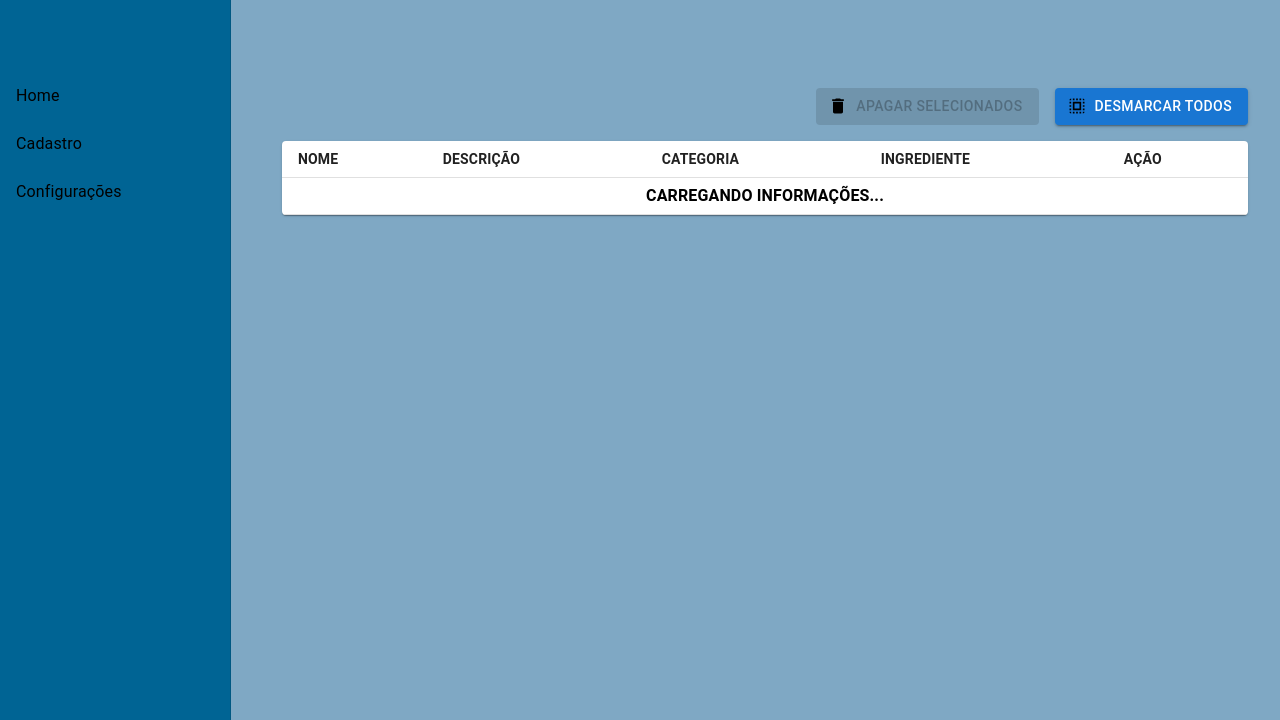
Repository: oZanella/projeto_windel_web_CRM
Page: /
The author's editor kept a copy of each file at every save. The page is drawn from the files as they stood at one save, then again after the next save.
The browser window is 1280 px wide. The pictures show the whole page.
The page's requests for data from a server got no answer. The project was rebuilt for these pictures with package versions that can differ from the ones it lists, and the page was loaded fresh each time. No one was signed in, and anything a server would have sent is missing. Also part of the build but not shown: vite.config.js, src/routes/Configuracoes.jsx. Imported but missing from the stored project, and not drawn on this page: src/routes/Cadastro.jsx.

Above is the page before, as saved 2024-08-19 08:48:17.

### index.html
<!doctype html>
<html lang="en">

<head>
  <meta charset="UTF-8" />
  <link rel="icon" type="image/svg+xml" href="./src/image/LogoWindel.svg" />
  <link rel="stylesheet" href="src/style/GlobalStyles.css" />
  <link href="https://fonts.googleapis.com/css2?family=Playfair+Display&display=swap" rel="stylesheet">

  <meta name="viewport" content="width=device-width, initial-scale=1.0" />
  <title>Projeto Teste - CRM </title>
</head>

<body>
  <div id="root"></div>
  <script type="module" src="/src/main.jsx"></script>
</body>

</html>

### src/style/GlobalStyles.css
:root {
  --click: #7fa8c4;
  --primary: #E8F1F2;
  --darkblue: #13293D;
  --secondary: #000000;
  --ligthblue: #1b98e0;
  --animation: #006494;
  --ligthkgrey: #D3D3D3;
  --blueceledron: #247ba0;
  --delete: #FF0000;
}

* {
    color: var(--secondary);
}

body {
  background-color: var(--click);
}

### src/main.jsx
import { createBrowserRouter, RouterProvider, Navigate } from "react-router-dom"
import { createRoot } from 'react-dom/client'
import { StrictMode } from 'react'
import { App } from './App.jsx'

import './style/GlobalStyles.css'

//páginas do projeto
import { Cadastro } from './routes/Cadastro.jsx'
import { Home } from './routes/Home.jsx'
import { Configuracoes } from './routes/configuracoes.jsx'

const router = createBrowserRouter([
  {
    element: <App />,
    children: [
      {
        path: '/',
        element: <Navigate to="/home" replace />,
      },
      {
        path: '/home',
        element: <Home />,
      },
      {
        path: '/cadastro',
        element: <Cadastro />,
      },
      {
        path: '/configuracoes',
        element: <Configuracoes />,
      },
    ],
  },
])

createRoot(document.getElementById('root')).render(
  <StrictMode>
    <RouterProvider router={router} />
  </StrictMode>,
)

### src/App.jsx
import { Header } from './components/Header'
import { Outlet } from 'react-router-dom'
import { Box } from '@mui/material'
import './style/GlobalStyles.css'

export function App() {
  return (
    <Box sx={{ p: { xs: 2, sm: 3 }, marginTop: { xs: 8, sm: 8 } }}>
      <Header />
      <Box>
        <Outlet />
      </Box>
    </Box>
  );
}

### src/routes/Home.jsx
import React, { useEffect, useState } from 'react';
import { Box, TextField, Button, Dialog, DialogActions, DialogContent, DialogTitle, Select, MenuItem, FormControl, InputLabel } from '@mui/material';

import { handleShowDetails, handleEdit, handleSave, handleInputChange } from '../components/Handle';
import { CardDados } from '../components/TableHome';

import { blogFetch } from '../axios/config';


export const Home = () => {
  const [posts, setPosts] = useState([]);
  const [selectInfo, setSelectInfo] = useState(null);
  const [modeEdit, setModeEdit] = useState(null);
  const [dataEdit, setDataEdit] = useState({});
  const [openAddDialog, setOpenAddDialog] = useState(false);
  const [newPost, setNewPost] = useState({ name: '', description: '', category: '' });

  const getPosts = async () => {
    try {
      const response = await blogFetch.get("/recipe");
      const uniqueData = response.data.filter((value, index, self) =>
        index === self.findIndex((t) => t.id === value.id)
      );
      setPosts(uniqueData); // Garante que não tenha dados duplicados
    } catch (error) {
      console.log(error);
    }
  };

  useEffect(() => {
    getPosts();
  }, []);

  const handleDelete = async (postId) => {
    try {
      await blogFetch.delete(`/recipe/${postId}`);
      setPosts(posts.filter(post => post.id !== postId));
      console.log('Post deletado com sucesso');
    } catch (error) {
      console.error('Erro ao deletar o post', error);
    }
  };

  const handleAddOpen = () => setOpenAddDialog(true);
  const handleAddClose = () => setOpenAddDialog(false);

  {/* API para envio do novo registro*/ }
  const handleAdd = async () => {
    try {
      const newPostFormatted = {
        name: newPost.name,
        description: newPost.description,
        ingredients: [],
        category: newPost.category,
        isFavorite: newPost.isFavorite
      };

      const response = await blogFetch.post("/recipe", newPostFormatted);
      setPosts([...posts, response.data]);
      setNewPost({ name: '', description: '', category: '', isFavorite: false });
      handleAddClose();
      console.log('Post adicionado com sucesso');
    } catch (error) {
      console.error('Erro ao adicionar o post', error);
    }
  };

  return (
    <Box>
      {/* Dados para Adicionar Novo Registro */}
      <Dialog open={openAddDialog} onClose={handleAddClose}>
        <DialogTitle>Adicionar Novo Registro</DialogTitle>
        <DialogContent>
          <TextField
            name="name"
            label="Nome"
            value={newPost.name}
            onChange={(e) => setNewPost({ ...newPost, name: e.target.value })}
            fullWidth
            sx={{ marginBottom: 2 }}
          />
          <TextField
            name="description"
            label="Descrição"
            value={newPost.description}
            onChange={(e) => setNewPost({ ...newPost, description: e.target.value })}
            fullWidth
            sx={{ marginBottom: 2 }}
          />
          <TextField
            name="category"
            label="Categoria"
            value={newPost.category}
            onChange={(e) => setNewPost({ ...newPost, category: e.target.value })}
            fullWidth
            sx={{ marginBottom: 2 }}
          />
          <FormControl fullWidth sx={{ marginBottom: 2 }}>
            <InputLabel>Favorito</InputLabel>
            <Select
              name="isFavorite"
              value={newPost.isFavorite}
              onChange={(e) => setNewPost({ ...newPost, isFavorite: e.target.value })}
              label="Favorito"
            >
              <MenuItem value={true}>Sim</MenuItem>
              <MenuItem value={false}>Não</MenuItem>

            </Select>
          </FormControl>
        </DialogContent>
        <DialogActions>
          <Button onClick={handleAddClose}>Cancelar</Button>
          <Button onClick={handleAdd}>Adicionar</Button>
        </DialogActions>
      </Dialog>

      <CardDados
        posts={posts}
        handleDelete={handleDelete}
        handleEdit={handleEdit}
        handleSave={handleSave}
        modeEdit={modeEdit}
        setModeEdit={setModeEdit}
        dataEdit={dataEdit}
        setDataEdit={setDataEdit}
        handleInputChange={handleInputChange}
        selectInfo={selectInfo}
        setSelectInfo={setSelectInfo}
        handleShowDetails={handleShowDetails}
      />
    </Box>
  );
};

### src/components/Header.jsx
import { AppBar, Toolbar, Typography, Box, Button, IconButton, Drawer, List, ListItem, ListItemText } from '@mui/material';
import MenuIcon from '@mui/icons-material/Menu';
import Logo from '../image/LogoWindel.svg';
import { Link } from 'react-router-dom';
import React, { useState } from 'react';

export const Header = () => {
  const [isDrawerOpen, setIsDrawerOpen] = useState(false);

  const toggleDrawer = (open) => () => {
    setIsDrawerOpen(open);
  };

  const menuItems = [
    { text: 'Home', link: '/home' },
    { text: 'Cadastro', link: '/cadastro' },
    { text: 'Configurações', link: '/configuracoes' },
  ];

  return (
    <>

      <AppBar
        position="fixed"
        sx={{
          display: { xs: 'flex', sm: 'none' },
          width: '100%',
          boxShadow: '0px 0.01px 11px var(--secondary)',
          top: 0,
          left: 0,
          backgroundColor: 'var(--darkblue)',
        }}
      >
        <Toolbar
          sx={{
            display: 'flex',
            justifyContent: 'space-between',
          }}
        >
          <IconButton
            edge="start"
            color="inherit"
            aria-label="menu"
            onClick={toggleDrawer(true)}
          >
            <MenuIcon />

          </IconButton>
          <Typography variant="h6" sx={{ flexGrow: 1 }}>
            Cooking Cake
          </Typography>

          <IconButton
            to={`/home`}
            sx={{
              cursor: 'default',
            }}
            component={Link}
            aria-label="logo"
          >
            <img src={Logo} alt="Logo" style={{ width: '50px', height: '40px' }} />
          </IconButton>
        </Toolbar>
      </AppBar>


      <Drawer
        anchor="left"
        open={isDrawerOpen}
        onClose={toggleDrawer(false)}
        sx={{
          display: { xs: 'block', sm: 'none' },
          '& .MuiDrawer-paper': {
            width: 240,
            backgroundColor: 'var(--darkblue)',
          },
        }}
      >
        <List>
          {menuItems.map((item) => (
            <ListItem key={item.text} component={Link} to={item.link} onClick={toggleDrawer(false)}>
              <ListItemText primary={item.text} />
            </ListItem>
          ))}
        </List>
      </Drawer>


      <Drawer
        variant="permanent"
        sx={{
          display: { xs: 'none', sm: 'block' },
          '& .MuiDrawer-paper': {
            width: 230,
            backgroundColor: 'var(--animation)',
          },
        }}
        open
      >
        <Toolbar />
        <Box sx={{ overflow: 'auto' }}>
          <List>
            {menuItems.map((item) => (
              <ListItem key={item.text} component={Link} to={item.link}>
                <ListItemText primary={item.text} />
              </ListItem>
            ))}
          </List>
        </Box>
      </Drawer>

      {/* Area do main */}
      <Box
        component="main"
        sx={{

                }}
      >

      </Box>
    </>
  );
};

### src/components/Handle.jsx

import { blogFetch } from '../axios/config';


export const handleShowDetails = (post, setSelectInfo, selectInfo) => {
  if (selectInfo?.id === post.id) {
    setSelectInfo(null); // Fecha se já estiver aberto
  } else {
    setSelectInfo(post); // Abre o post atual
  }
};

export const handleEdit = (post, setModeEdit, setDataEdit) => {
  setModeEdit(post.id);
  setDataEdit(post);
};

//continua com erro, verificar!!
export const handleSave = async (postId, updateData) => {
  try {
    // Envie uma requisição PUT ou POST para salvar os dados atualizados
    const response = await blogFetch.put(`/blogFetch/posts/${postId}`, updateData);
    console.log('Dados salvos com sucesso', response.data);

  } catch (error) {
    console.error('Erro de API', error);
  }
};

export const handleInputChange = (e, setDataEdit) => {
  setDataEdit(prevDataEdit => ({ ...prevDataEdit, [e.target.name]: e.target.value }));
};

### src/components/TableHome.jsx
import React, { useState, useEffect } from 'react';
import {
  Table, TableBody, TableCell, TableContainer, TableHead, TableRow, Typography, Box, Button, IconButton, TextField, Dialog, DialogContent, DialogActions, FormControlLabel, Switch, Chip, Paper, Checkbox
} from '@mui/material';
import EditIcon from '@mui/icons-material/Edit';
import SaveIcon from '@mui/icons-material/Save';
import AddIcon from '@mui/icons-material/Add';
import CloseIcon from '@mui/icons-material/Close';
import DeleteIcon from '@mui/icons-material/Delete';
import SelectAllIcon from '@mui/icons-material/SelectAll';
import axios from 'axios';

const API_BASE_URL = 'https://teste-tecnico-front-api.up.railway.app';

export const CardDados = ({
  posts, setPosts, handleDelete
}) => {
  const [openModal, setOpenModal] = useState(false);
  const [currentPost, setCurrentPost] = useState(null);
  const [dataEdit, setDataEdit] = useState({});
  const [newIngredient, setNewIngredient] = useState('');
  const [selectedPosts, setSelectedPosts] = useState([]);

  useEffect(() => {
    if (currentPost) {
      setDataEdit({ ...currentPost });
    }
  }, [currentPost]);

  const handleEditOpen = (post) => {
    setCurrentPost(post);
    setOpenModal(true);
  };

  const handleEditClose = () => {
    setOpenModal(false);
    setCurrentPost(null);
    setNewIngredient('');
  };

  const handleSaveModal = async () => {
    if (currentPost) {
      try {
        await axios.put(`${API_BASE_URL}/posts/${currentPost.id}`, dataEdit);
        const response = await axios.get(`${API_BASE_URL}/posts`);
        setPosts(response.data);
        handleEditClose();
      } catch (error) {
        console.error('Error ao salvar:', error);
      }
    }
  };

  const handleAddIngredient = () => {
    if (newIngredient.trim() !== '') {
      setDataEdit((prevData) => ({
        ...prevData,
        ingredients: [...(prevData.ingredients || []), newIngredient.trim()],
      }));
      setNewIngredient('');
    }
  };

  const handleRemoveIngredient = (ingredientToRemove) => {
    setDataEdit((prevData) => ({
      ...prevData,
      ingredients: (prevData.ingredients || []).filter((ingredient) => ingredient !== ingredientToRemove),
    }));
  };

  const handleSelectAll = () => {
    if (selectedPosts.length === posts.length) {
      setSelectedPosts([]);
    } else {
      setSelectedPosts(posts.map(post => post.id));
    }
  };

  const handleDeleteSelected = async () => {
    try {
      await Promise.all(selectedPosts.map(id => axios.delete(`${API_BASE_URL}/posts/${id}`)));
      const response = await axios.get(`${API_BASE_URL}/posts`);
      setPosts(response.data);
      setSelectedPosts([]);
    } catch (error) {
      console.error('Error ao apagar os registros:', error);
    }
  };

  const handleSelectPost = (id) => {
    setSelectedPosts(prevSelected =>
      prevSelected.includes(id)
        ? prevSelected.filter(postId => postId !== id)
        : [...prevSelected, id]
    );
  };

  return (
    <>
      <Box sx={{ display: 'flex', justifyContent: 'flex-end', mb: 2 }}>
        <Button
          variant="contained"
          color="error"
          startIcon={<DeleteIcon />}
          onClick={handleDeleteSelected}
          disabled={selectedPosts.length === 0}
          sx={{ marginRight: 2 }}
        >
          Apagar Selecionados
        </Button>
        <Button
          variant="contained"
          color="primary"
          startIcon={<SelectAllIcon />}
          onClick={handleSelectAll}
        >
          {selectedPosts.length === posts.length ? 'Desmarcar Todos' : 'Selecionar Todos'}
        </Button>
      </Box>

      {/* Tabela aonde aparece os dados
      Dentro do TableContainer tem um calculo que é feito por conta do menu lateral*/}
      <TableContainer component={Paper} sx={{ overflowX: 'auto', width: { xs: '100%', sm: 'calc(100% - 250px)' }, ml: { sm: '250px' } }}>
        <Table size='small'>
          <TableHead>
            <TableRow>
              <TableCell sx={{ fontWeight: 'bold', textTransform: 'uppercase' }}>Nome</TableCell>
              <TableCell sx={{ fontWeight: 'bold', textTransform: 'uppercase' }}>Descrição</TableCell>
              <TableCell sx={{ fontWeight: 'bold', textTransform: 'uppercase' }}>Categoria</TableCell>
              <TableCell sx={{ fontWeight: 'bold', textTransform: 'uppercase' }}>Ingrediente</TableCell>
              <TableCell sx={{ fontWeight: 'bold', textTransform: 'uppercase' }}>Ação</TableCell>
            </TableRow>
          </TableHead>
          <TableBody>
            {posts.length === 0 ? (
              <TableRow>
                <TableCell colSpan={5} align="center">
                  <Typography variant="body1" sx={{ fontWeight: 'bold', textTransform: 'uppercase' }}>Carregando informações...</Typography>
                </TableCell>
              </TableRow>
            ) : (
              posts.map((post) => (
                <TableRow sx={{ height: 'auto' }} key={post.id}>
                  <TableCell sx={{ padding: '8px' }}>
                    {post.name}
                  </TableCell>
                  <TableCell sx={{ padding: '8px' }}>{post.description}</TableCell>
                  <TableCell sx={{ padding: '8px' }}>{post.category}</TableCell>

                  <TableCell sx={{ padding: '8px' }}>
                    <Box sx={{
                      display: 'flex',
                      flexWrap: 'wrap',
                      overflowX: 'auto',
                      gap: 1,
                      width: '100%',
                    }}>
                      {post.ingredients && post.ingredients.length > 0 ? (
                        post.ingredients.map((ingredient) => (
                          <Box
                            key={ingredient.id}
                            sx={{
                              display: 'flex',
                              flexDirection: 'column',
                              alignItems: 'flex-start',
                              marginRight: 1,
                              marginBottom: 1,
                            }}
                          >
                            <Typography variant="body1">{ingredient.name}</Typography>
                            <Typography variant="body2" color="textSecondary">
                              Quantidade: {ingredient.quantity}
                            </Typography>
                          </Box>
                        ))
                      ) : (
                        <Typography variant="body2">Nenhum ingrediente disponível</Typography>
                      )}
                    </Box>
                  </TableCell>

                  <TableCell>
                    <Box sx={{ display: 'flex', alignItems: 'center' }}>
                      <Checkbox
                        checked={selectedPosts.includes(post.id)}
                        onChange={() => handleSelectPost(post.id)}
                        color="primary"
                      />
                      <IconButton
                        color="primary"
                        onClick={() => handleEditOpen(post)}
                        sx={{ mr: 1 }}
                      >
                        <EditIcon />
                      </IconButton>
                      <IconButton
                        color="error"
                        onClick={() => handleDelete(post.id)}
                      >
                        <DeleteIcon />
                      </IconButton>
                    </Box>
                  </TableCell>
                </TableRow>
              ))
            )}
          </TableBody>
        </Table>
      </TableContainer>

      {/* Modal de edição */}
      <Dialog open={openModal} onClose={handleEditClose} fullWidth maxWidth="sm">
        <DialogContent>
          {currentPost && (
            <Box component="form" sx={{ display: 'flex', flexDirection: 'column', gap: 2 }}>
              <TextField
                name="name"
                label="Nome"
                value={dataEdit.name || ''}
                onChange={(e) => setDataEdit({ ...dataEdit, name: e.target.value })}
                fullWidth
                sx={{ marginBottom: 2 }}
              />
              <TextField
                name="description"
                label="Descrição"
                value={dataEdit.description || ''}
                onChange={(e) => setDataEdit({ ...dataEdit, description: e.target.value })}
                fullWidth
                sx={{ marginBottom: 2 }}
              />
              <TextField
                name="category"
                label="Categoria"
                value={dataEdit.category || ''}
                onChange={(e) => setDataEdit({ ...dataEdit, category: e.target.value })}
                fullWidth
                sx={{ marginBottom: 2 }}
              />
              <FormControlLabel
                control={
                  <Switch
                    checked={dataEdit.isFavorite || false}
                    onChange={(e) => setDataEdit({ ...dataEdit, isFavorite: e.target.checked })}
                    color="primary"
                  />
                }
                label="Favorito"
              />
              <Box sx={{ display: 'flex', gap: 2 }}>
                <TextField
                  label="Novo Ingrediente"
                  value={newIngredient}
                  onChange={(e) => setNewIngredient(e.target.value)}
                  fullWidth
                  sx={{ marginBottom: 2 }}
                />
                <IconButton
                  color="primary"
                  onClick={handleAddIngredient}
                  disabled={!newIngredient.trim()}
                  sx={{ marginBottom: 2 }}
                >
                  <AddIcon />
                </IconButton>
              </Box>

              {dataEdit.ingredients && dataEdit.ingredients.length > 0 && (
                <Box sx={{ display: 'flex', flexWrap: 'wrap', gap: 1 }}>
                  {dataEdit.ingredients.map((ingredient, index) => (
                    <Chip
                      key={index}
                      label={ingredient}
                      onDelete={() => handleRemoveIngredient(ingredient)}
                      sx={{ marginBottom: 2 }}
                    />
                  ))}
                </Box>
              )}
            </Box>
          )}
        </DialogContent>
        <DialogActions>
          <Button onClick={handleEditClose} color="secondary" startIcon={<CloseIcon />}>
            Cancelar
          </Button>
          <Button onClick={handleSaveModal} color="primary" startIcon={<SaveIcon />}>
            Salvar
          </Button>
        </DialogActions>
      </Dialog>
    </>
  );
};

### src/axios/config.jsx
// src/axios/config.js
import axios from 'axios';

export const blogFetch = axios.create({
  baseURL: 'https://teste-tecnico-front-api.up.railway.app',
  headers: {
    'Content-Type': 'application/json',
  },
});

After the next save:
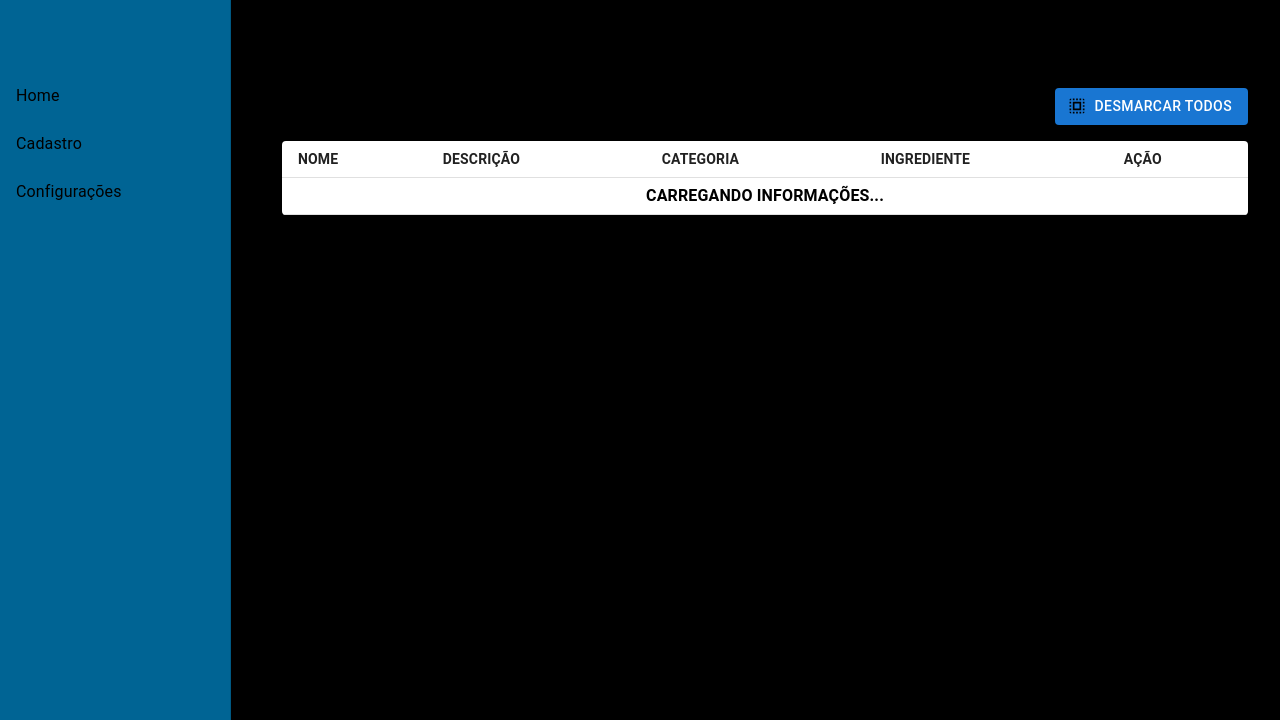
Saved 10 s later.
--- a/src/style/GlobalStyles.css
+++ b/src/style/GlobalStyles.css
@@ -15,5 +15,5 @@
 }
 
 body {
-  background-color: var(--click);
+  background-color: var(--secondary);
 }
